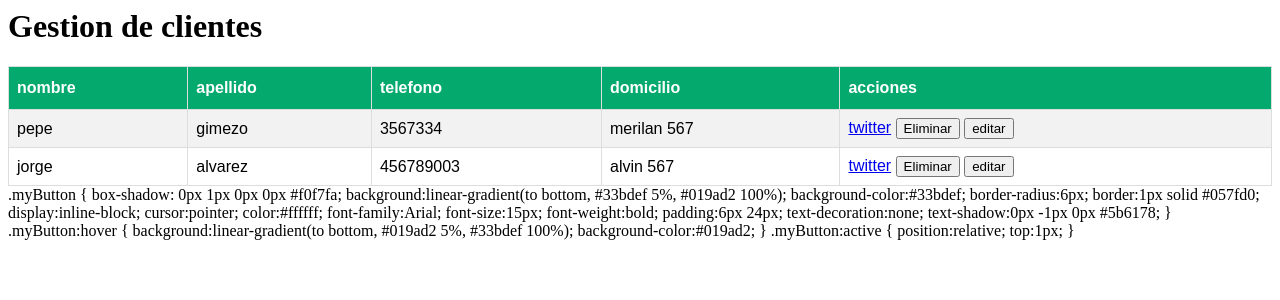
Repository: geraldine-ventura/Practicando.net
Page: index 2.html
An editor plug-in stored every save of this project. The page is shown before and after the next save, followed by the edit.
The browser window is 1280 px wide. The pictures show the whole page.

Above is the page before, as saved 2022-12-20 11:16:43.

After the next save:
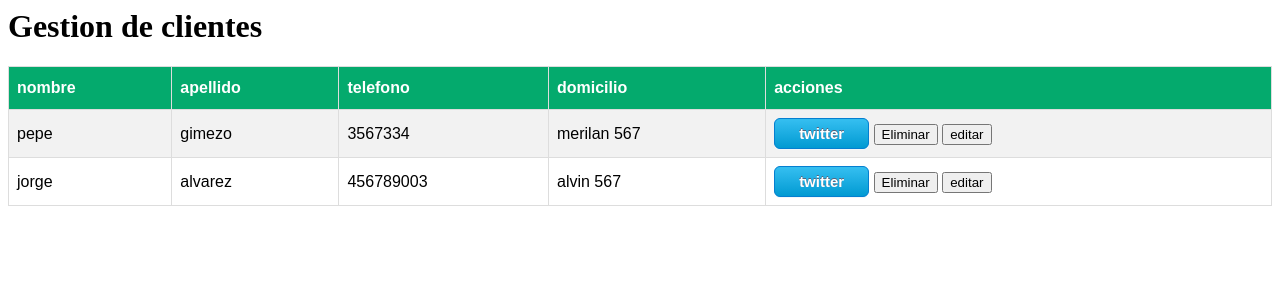
Saved 64 s later.
--- a/index 2.html
+++ b/index 2.html
@@ -30,31 +30,6 @@
           </td>
     </tr>
 </table>
-.myButton {
-	box-shadow: 0px 1px 0px 0px #f0f7fa;
-	background:linear-gradient(to bottom, #33bdef 5%, #019ad2 100%);
-	background-color:#33bdef;
-	border-radius:6px;
-	border:1px solid #057fd0;
-	display:inline-block;
-	cursor:pointer;
-	color:#ffffff;
-	font-family:Arial;
-	font-size:15px;
-	font-weight:bold;
-	padding:6px 24px;
-	text-decoration:none;
-	text-shadow:0px -1px 0px #5b6178;
-}
-.myButton:hover {
-	background:linear-gradient(to bottom, #019ad2 5%, #33bdef 100%);
-	background-color:#019ad2;
-}
-.myButton:active {
-	position:relative;
-	top:1px;
-}
-
 
 <style>
     #customers {
@@ -79,4 +54,28 @@
       background-color: #04AA6D;
       color: white;
     }
+    .myButton {
+	box-shadow: 0px 1px 0px 0px #f0f7fa;
+	background:linear-gradient(to bottom, #33bdef 5%, #019ad2 100%);
+	background-color:#33bdef;
+	border-radius:6px;
+	border:1px solid #057fd0;
+	display:inline-block;
+	cursor:pointer;
+	color:#ffffff;
+	font-family:Arial;
+	font-size:15px;
+	font-weight:bold;
+	padding:6px 24px;
+	text-decoration:none;
+	text-shadow:0px -1px 0px #5b6178;
+}
+.myButton:hover {
+	background:linear-gradient(to bottom, #019ad2 5%, #33bdef 100%);
+	background-color:#019ad2;
+}
+.myButton:active {
+	position:relative;
+	top:1px;
+}
     </style>
